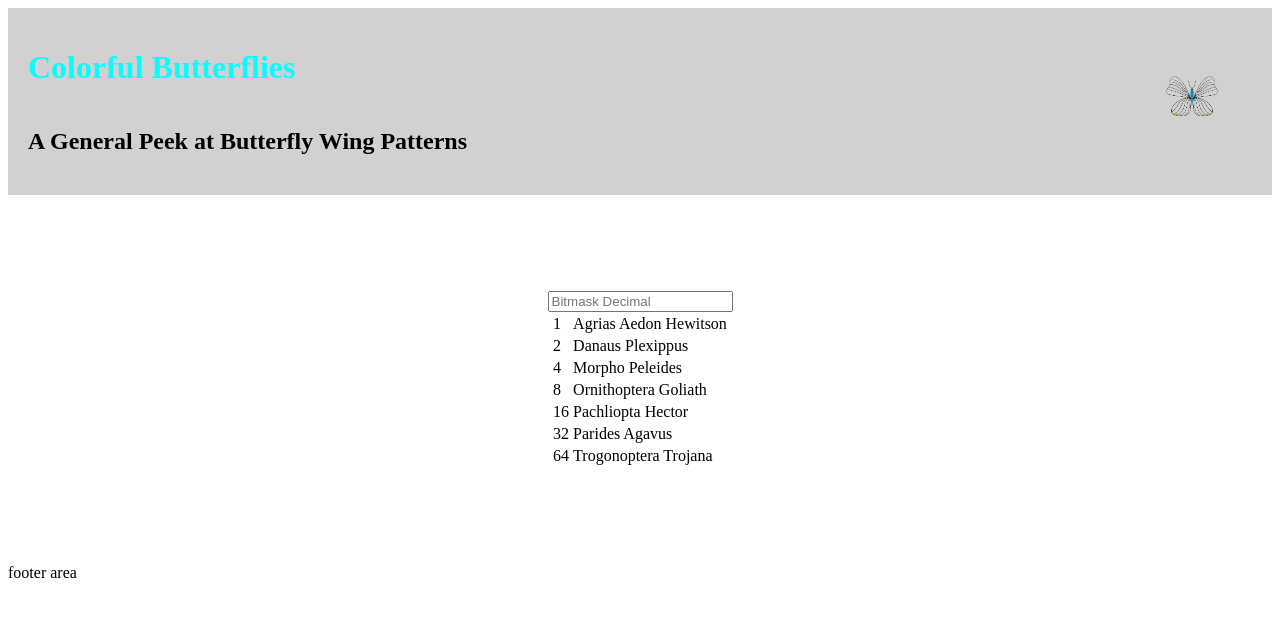
Repository: MeowCeline00/assessment-2
Page: /
An editor plug-in stored every save of this project. The page is shown before and after a run of saves, followed by the edit.
The browser window is 1280 px wide. The pictures show the whole page.
The project was rebuilt for these pictures with package versions that can differ from the ones it lists, and the page was loaded fresh each time. The framework's server and built-in components were replaced by stand-ins that run in the browser. Also part of the build but not shown: next.config.mjs.

Above is the page before, as saved 2024-02-07 21:54:25.

### pages/index.js
import Head from "next/head";
import { useState } from "react";
import styles from "@/styles/Home.module.css";
import Header from "@/Components/Header";


export default function Home() {

  // Butterfly Patterns
  const classFilters = {
    //key : value
    1: 'Agrias Aedon Hewitson',
    2: 'Danaus Plexippus',
    4: 'Morpho Peleides',
    8: 'Ornithoptera Goliath',
    16: 'Pachliopta Hector',
    32: 'Parides Agavus',
    64: 'Trogonoptera Trojana'
  }

  const [input, setInput] = useState();
                                    // 3
                                    // 2 & 2 Remainder 1
                                    // 1 & 1 Remainder 0
                                    // 9
                                    // 8 & 8 Remainder 1
                                    // 1 & 1 Remainder 0
  const getClassStyle = flagValue => (input & flagValue) > 0 ? {backgroundColor: 'yellow'} : null;

  return (
    <>
      <Head>
        <title>General View of Butterfly Wing Patterns</title>
        <meta name="description" content="General View of Butterfly Wing Patterns" />
        <meta name="viewport" content="width=device-width, initial-scale=1" />
        <link rel="icon" href="/butt_favicon.ico" />
      </Head>
      <Header />
      <main className={`${styles.main}`}>
       <input
       id="input"
       type="text"
       placeholder='Bitmask Decimal'
       value={input}
       onChange={event => setInput(event.target.value)}
       />
       <table>
        <tbody>
          {
            Object.keys(classFilters).map(item => (
              <tr key={item} style={getClassStyle(item)}>
                <td>{item}</td>
                <td>{classFilters[item]}</td>
              </tr>
            ))
          }
        </tbody>
       </table>
      </main>
      <footer>footer area</footer>
    </>
  );
}

### styles/Home.module.css
.main {
  display: flex;
  flex-direction: column;
  justify-content: space-between;
  align-items: center;
  padding: 6rem;
  min-height: 20vh;
}

### Components/Header/index.js
import Image from 'next/image';
import styles from './Header.module.css';

export default function Header() {
    return (
        <header className={styles.header}>
            <div className={styles.titleArea}>
                <h1> Colorful Butterflies</h1>
                <h2> A General Peek at Butterfly Wing Patterns</h2>
            </div>
            <div className={styles.logoArea}>
                <img src={"/logo.png"} alt="Butterfly Logo" width={80} />
            </div>
        </header>
    );
}

### Components/Header/Header.module.css
.header {
    display: flex;
    justify-content: space-between;
    align-items: center;
    padding: 20px;
    background-color: #d1d1d1;
}

.titleArea {
    display: flex;
    flex-direction: column;
}

.titleArea h1 {
    color: aqua;
}

.logoArea {
  display: flex;
  padding: 20px;
}

Loaded but not shown: pages/_app.js (common file); pages/_document.js (common file); styles/globals.css (common file)

After the next 2 saves:
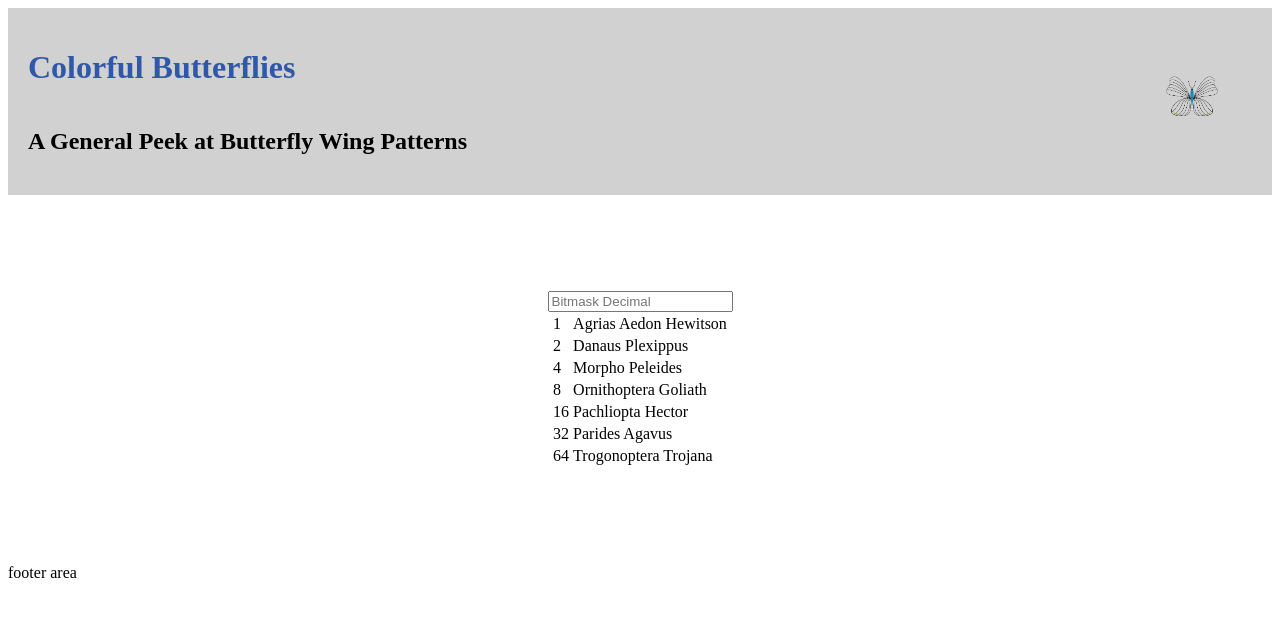
The 2 saves are shown as one change because they came seconds apart.
The last was saved 10 s later.
--- a/Components/Header/Header.module.css
+++ b/Components/Header/Header.module.css
@@ -12,7 +12,7 @@
 }
 
 .titleArea h1 {
-    color: aqua;
+    color: rgb(47, 88, 169);
 }
 
 .logoArea {
